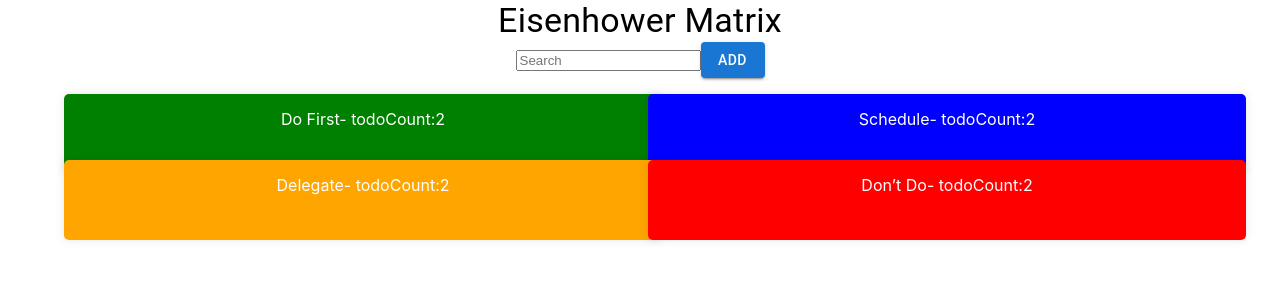
Repository: GokulDev4U/Krixi_react_assignment
Page: /
An editor plug-in stored every save of this project. The page is shown before and after the next save, followed by the edit.
The browser window is 1280 px wide. The pictures show the whole page.
The project was rebuilt for these pictures with package versions that can differ from the ones it lists, and the page was loaded fresh each time.

Above is the page before, as saved 2022-04-04 14:21:33.

### src/App.js
import React, { useState } from "react";
// import { Counter } from "./features/counter/Counter";
import { Container, Grid, Button, Typography } from "@mui/material";
import Card from "./Components/card/Card";
import "./App.css";
import { useDispatch, useSelector } from "react-redux";
import { add, remove, edit, selectTodo } from "./features/todo/todoSlice";

function App() {
  const dispatch = useDispatch();
  const [todo, setTodo] = useState("");
  let finalTodo = todo;
  const handleChange = (e) => {
    setTodo(e.target.value);
  };
  const handleButtonClick = (e) => {
    e.preventDefault();
    dispatch(add(finalTodo));
    setTodo("");
  };
  return (
    <div className="App">
      <Container sx={{ flexGrow: 1 }}>
        <Typography variant="h4">Eisenhower Matrix</Typography>
        <Grid container spacing={2}>
          <Grid item xs={12}>
            <input
              type="text"
              placeholder="Search"
              value={todo}
              onChange={handleChange}
            />
            <Button
              variant="contained"
              color="primary"
              onClick={handleButtonClick}
            >
              Add
            </Button>
          </Grid>
          <Grid item xs={6}>
            <Card color="green" title="Do First" />
          </Grid>
          <Grid item xs={6}>
            <Card color="blue" title="Schedule" />
          </Grid>
          <Grid item xs={6}>
            <Card color="orange" title="Delegate" />
          </Grid>
          <Grid item xs={6}>
            <Card color="red" title="Don’t Do" />
          </Grid>
        </Grid>
      </Container>
    </div>
  );
}

export default App;

### src/app/store.js
import { configureStore } from "@reduxjs/toolkit";
import todoReducer from "../features/todo/todoSlice";

export const store = configureStore({
  reducer: {
    todo: todoReducer,
  },
});

### src/Components/card/Card.jsx
import React from 'react';
import { useSelector } from 'react-redux';
import { selectTodo } from '../../features/todo/todoSlice';
import EditIcon from '@mui/icons-material/Edit';
import DeleteIcon from '@mui/icons-material/Delete';
import './Card.css';

const Card = ({ color, title }) => {
  const todos = useSelector(selectTodo);

  return (
    <div className='box' style={{ backgroundColor: `${color}` }}>
      <div className="card-title">
        {`${title}- todoCount:${2}`}
      </div>
      <div className="card-content">
        {todos.map((todo, index) => (
          <div key={index}>
            {todo}
            <EditIcon />
            <DeleteIcon />
          </div>
        ))}
      </div>
    </div>
  );
};

export default Card;

### src/features/todo/todoSlice.jsx
import { createSlice } from "@reduxjs/toolkit";

const initialState = {
    value: [],
};

export const todoSlice = createSlice({
    name: "todo",
    initialState,
    reducers: {
        add: (state, action) => {
            state.value.push(action.payload);
        },
        remove: (state) => {
            // state.value -= 1;
        },
        edit: (state, action) => {
            // state.value += action.payload;
        },
    },
});

export const { add, remove, edit } = todoSlice.actions;

export const selectTodo = (state) => state.todo.value;

export default todoSlice.reducer;

### src/Components/card/Card.css
 .box{
    width: 100%;
    height: 100%;
    color: #fff;
    border-radius: 5px;
    box-shadow: 0 0 10px rgba(0,0,0,0.1);
    overflow: hidden;
    cursor: pointer;
    padding: 15px;
 }

Loaded but not shown: public/index.html (common file); src/index.js (common file); src/index.css (common file); src/serviceWorker.js (common file); src/App.css (common file)

After the next save:
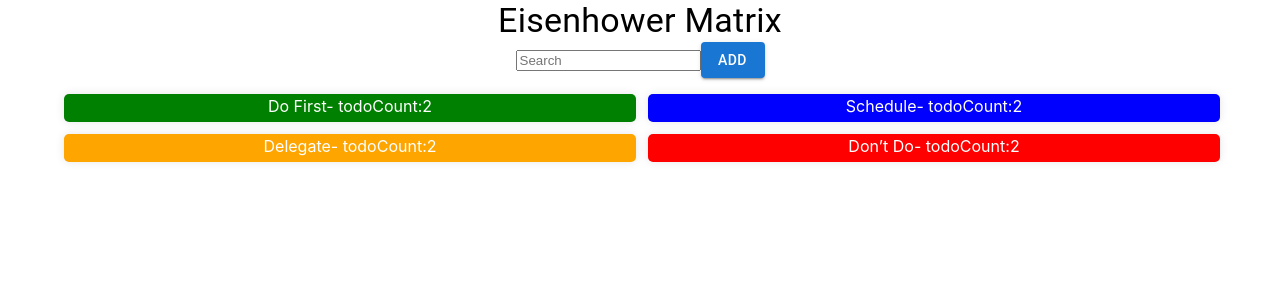
Saved 8 s later.
--- a/src/Components/card/Card.css
+++ b/src/Components/card/Card.css
@@ -6,5 +6,5 @@
     box-shadow: 0 0 10px rgba(0,0,0,0.1);
     overflow: hidden;
     cursor: pointer;
-    padding: 15px;
+    padding: 2px;
  }
